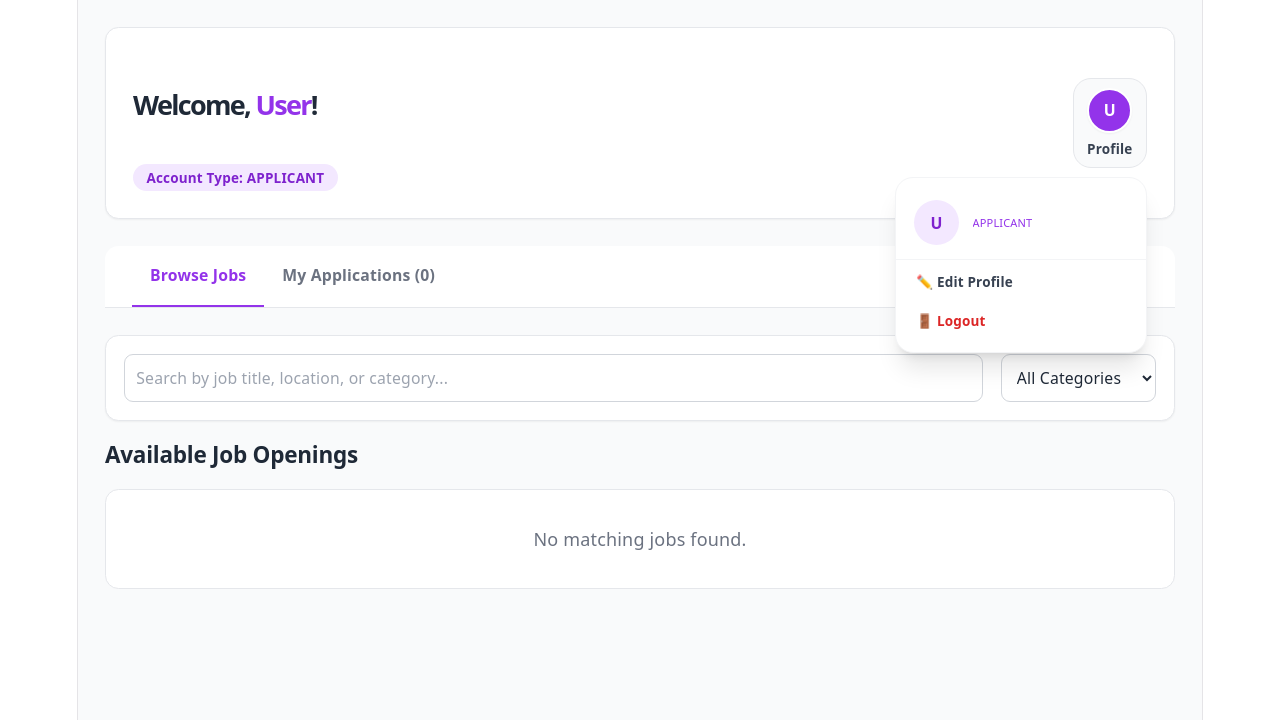
Repository: mdkawsarjomadder/job-portal
Page: /dashboard (app in job-portal/frontend/), after clicking the first element matching `button.flex`
These files come from the project's save history. The page is drawn as it stood at one moment and after the next save; the edit follows.
The browser window is 1280 px wide. The pictures show the whole page.
The page's requests for data from a server got no answer. The project was rebuilt for these pictures with package versions that can differ from the ones it lists, and the page was loaded fresh each time. No one was signed in, and anything a server would have sent is missing. Also part of the build but not shown: job-portal/frontend/vite.config.js, job-portal/frontend/src/pages/Login.jsx, job-portal/frontend/src/pages/Register.jsx, job-portal/frontend/src/pages/EmployerDashboard.jsx, job-portal/frontend/src/pages/MyApplications.jsx, job-portal/frontend/src/pages/CreateJob.jsx, job-portal/frontend/src/pages/Home.jsx. Imported but missing from the stored project, and not drawn on this page: job-portal/frontend/src/pages/Profile.

Above is the page before, as saved 2026-09-18 21:02:51.

After the next save:
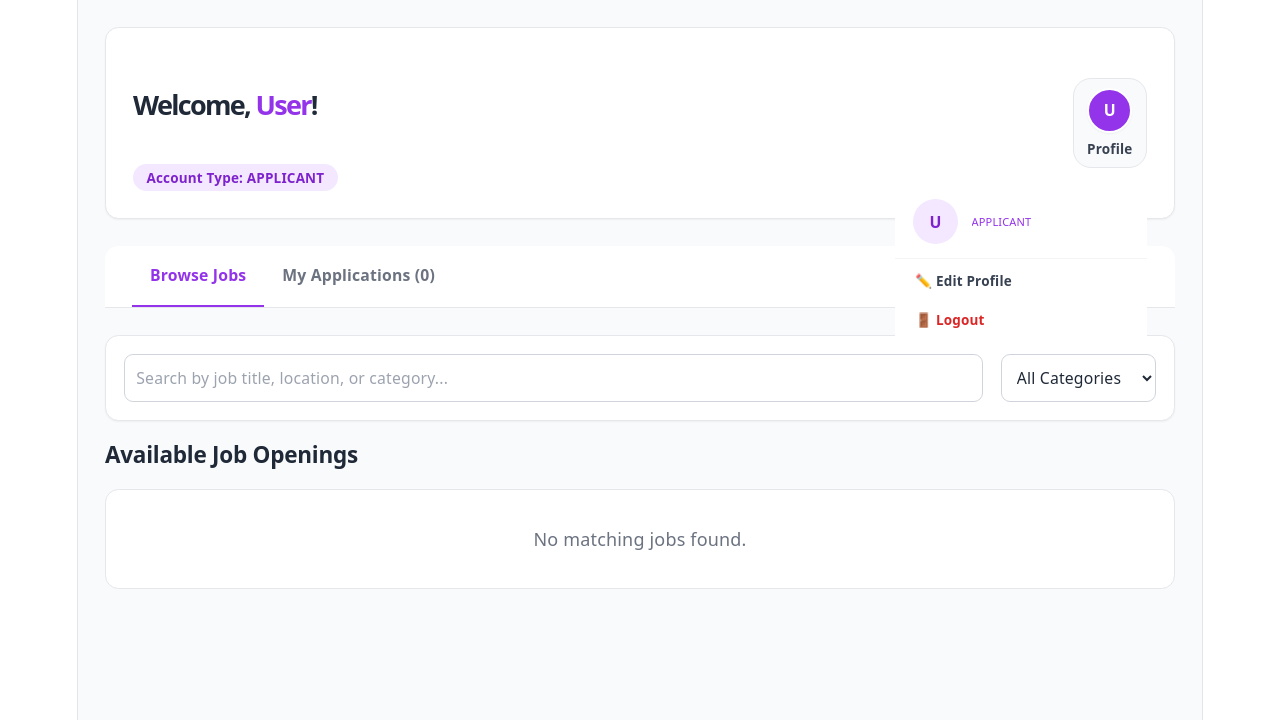
Saved 49 s later.
--- a/job-portal/frontend/src/pages/ApplicantDashboard.jsx
+++ b/job-portal/frontend/src/pages/ApplicantDashboard.jsx
@@ -204,7 +204,7 @@ export default function ApplicantDashboard() {
 
   {/* Dropdown Menu */}
   {isDropdownOpen && (
-    <div className="absolute right-0 mt-2 w-56 bg-white rounded-2xl shadow-xl border border-gray-100 py-2 z-50">
+    <div className="absolute right-0 mt-2 w-56 bg-white  py-2 z-50">
       <div className="px-4 py-3 border-b border-gray-100 flex items-center gap-3">
         <div className="w-10 h-10 rounded-full bg-purple-100 text-purple-700 font-extrabold text-sm flex items-center justify-center shrink-0">
           {user?.name?.charAt(0).toUpperCase() || 'U'}
